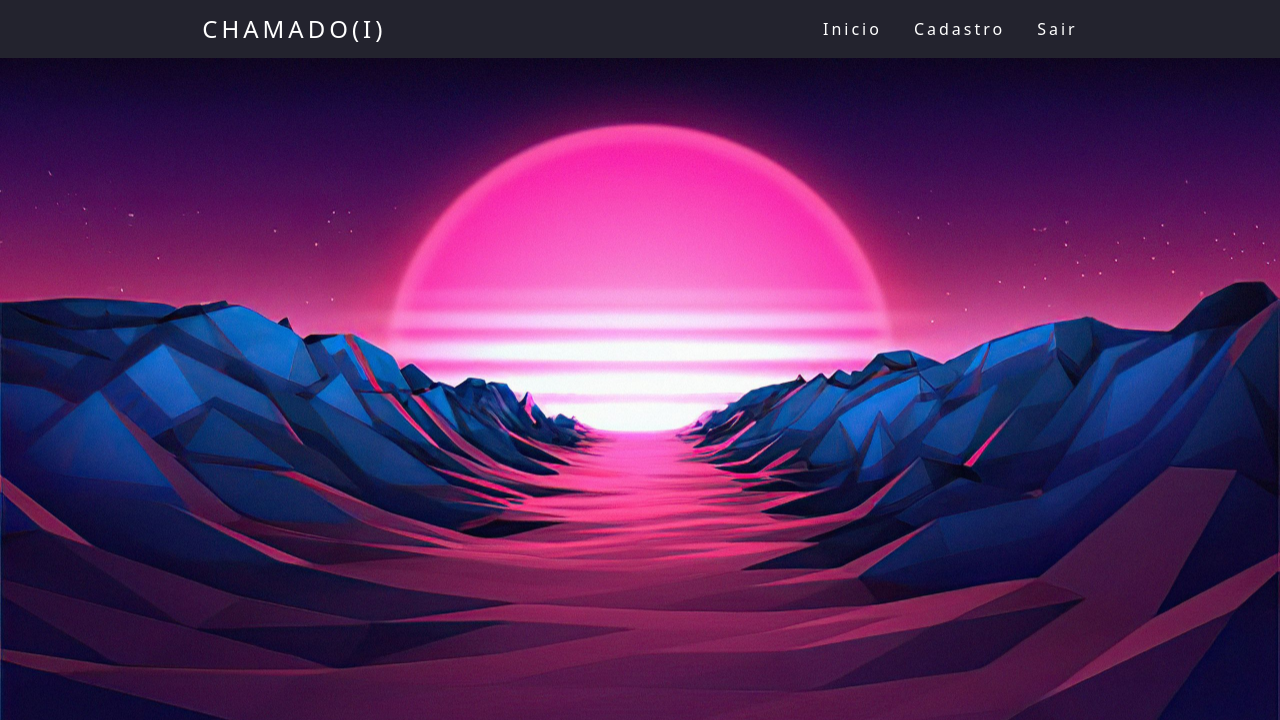
Repository: isaquemc2001/isaque-utilities
Page: index.html
These files come from the project's save history. The page is drawn as it stood at one moment and after the next save; the edit follows.
The browser window is 1280 px wide. The pictures show the whole page.

Above is the page before, as saved 2021-10-28 12:49:49.

After the next save:
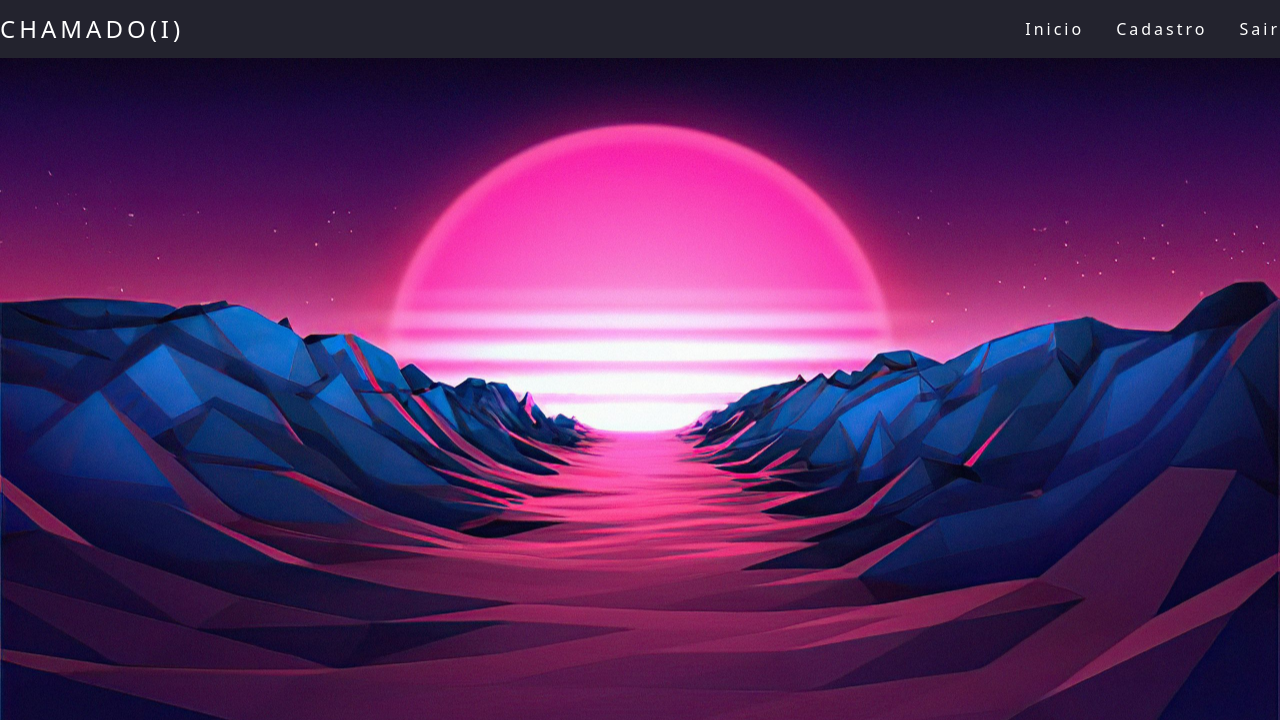
Saved 13 s later.
--- a/style.css
+++ b/style.css
@@ -21,7 +21,7 @@ a:hover {
 
 nav {
     display: flex;
-    justify-content: space-around;
+    justify-content: space-between;
     align-items: center;
     font-family: system-ui, -apple-system, Helvetica, Arial, sans-serif;
     background: #23232e;
